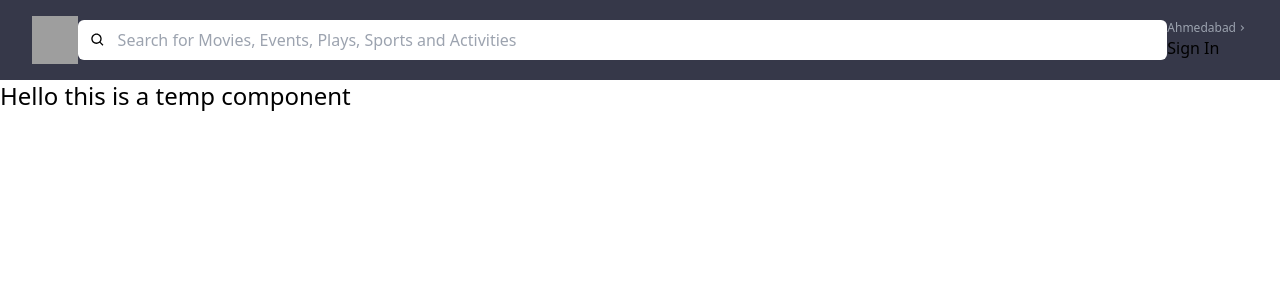
Repository: srush-shah/book-my-show-clone
Page: /
These files come from the project's save history. The page is drawn as it stood at one moment and after the next save; the edit follows.
The browser window is 1280 px wide. The pictures show the whole page.
Pictures or frames that could not be fetched are drawn as grey boxes. The project was rebuilt for these pictures with package versions that can differ from the ones it lists, and the page was loaded fresh each time.

Above is the page before, as saved 2022-11-23 02:22:47.

After the next save:
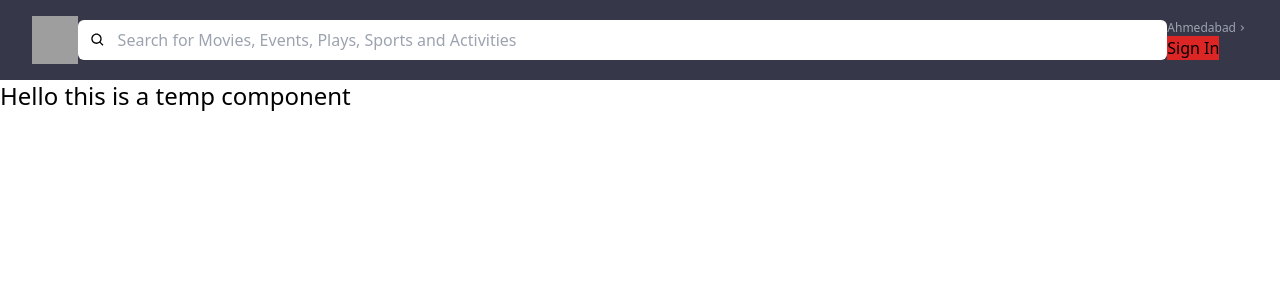
Saved 21 s later.
--- a/src/components/Navbar/navbar.component.jsx
+++ b/src/components/Navbar/navbar.component.jsx
@@ -55,7 +55,7 @@ const NavLg = () => {
           <span className="text-gray-400 text-xs flex items-center">
             Ahmedabad <BiChevronRight />
           </span>
-          <button className="">Sign In</button>
+          <button className="bg-red-600">Sign In</button>
         </div>
       </div>
     </>
